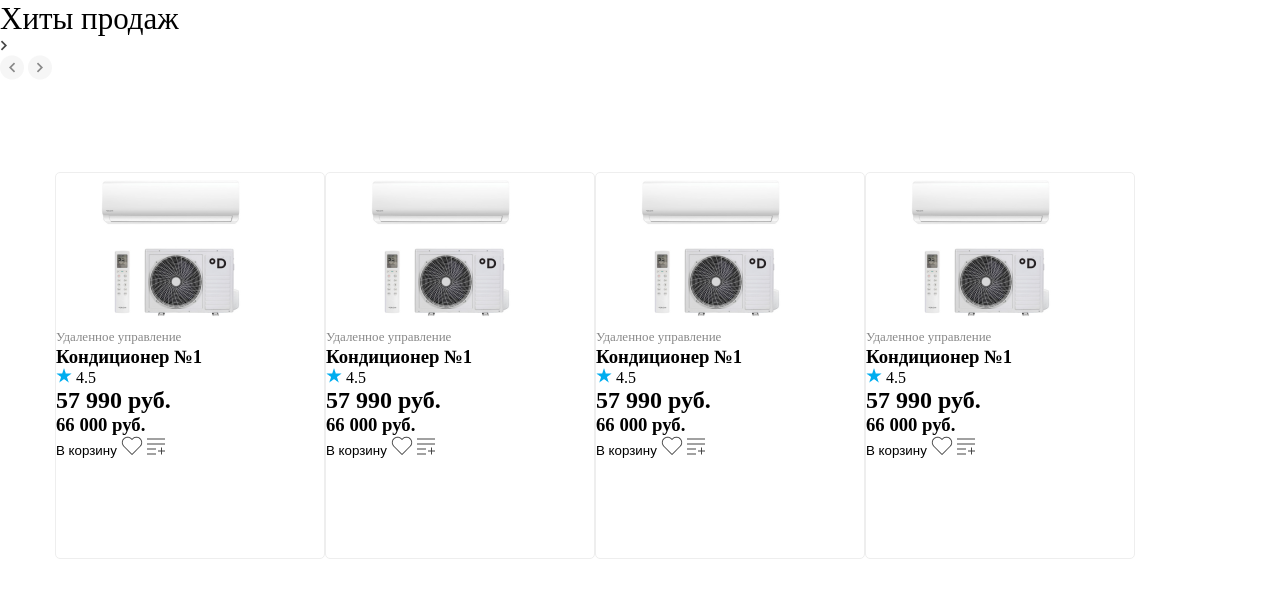
Repository: NikaMana/us
Page: index.html
The author's editor kept a copy of each file at every save. The page is drawn from the files as they stood at one save, then again after the next save.
The browser window is 1280 px wide. The pictures show the whole page.

Above is the page before, as saved 2021-09-15 15:26:55.

### index.html
<!DOCTYPE html>
<html lang="ru">
<head>
    <meta charset="utf-8">
    <title>Main page</title>
    <meta name="viewport" content="widht=1100, initial-scale=1.0">
    <link rel="stylesheet" href="./styles.css">


</head>
<body>
<div class="welcome">
  <div class="welcome__container">
    <div class="welcome__up">
      <div class="welcome__left">
        <h1 class="welcome__hits">Хиты продаж</h1>
        <img class="welcome__arr" src="/img/arrbl.png" alt="blackarrow">
      </div>
      <div class="welcome__right">
        <img class="welcome__arr-left" src="/img/arrleft.png" alt="arrowleft">
        <img class="welcome__arr-right" src="/img/arrright.png" alt="arrowright">
      </div>
    </div>
      <div class="welcome__block-container">
        <div class="welcome__block">
          <img class="welcome__pic" src="/img/pic1.png" alt="condition">
          <h4 class="welcome__control">Удаленное управление</h4>
          <h3 class="welcome__condition">Кондиционер №1</h3>
          <div class="welcome__rating">
            <img class="welcome__star" src="/img/Star.png" alt="star">
            <span class="welcome__score">4.5</span>
          </div>
          <div class="welcome__price">
            <h2 class="welcome__price-current">57 990 руб.</h2>
            <h3 class="welcome__price-current">66 000 руб.</h3>
          </div>
          <div class="welcome__adding">
            <button class="welcome__button">В корзину</button>
            <img class="welcome__like" src="/img/like.png" alt="like">
            <img class="welcome__plus" src="/img/add.png" alt="add">
          </div>
        </div>
        <div class="welcome__block">
          <img class="welcome__pic" src="/img/pic1.png" alt="condition">
          <h4 class="welcome__control">Удаленное управление</h4>
          <h3 class="welcome__condition">Кондиционер №1</h3>
          <div class="welcome__rating">
            <img class="welcome__star" src="/img/Star.png" alt="star">
            <span class="welcome__score">4.5</span>
          </div>
          <div class="welcome__price">
            <h2 class="welcome__price-current">57 990 руб.</h2>
            <h3 class="welcome__price-current">66 000 руб.</h3>
          </div>
          <div class="welcome__adding">
            <button class="welcome__button">В корзину</button>
            <img class="welcome__like" src="/img/like.png" alt="like">
            <img class="welcome__plus" src="/img/add.png" alt="add">
          </div>
        </div>
        <div class="welcome__block">
          <img class="welcome__pic" src="/img/pic1.png" alt="condition">
          <h4 class="welcome__control">Удаленное управление</h4>
          <h3 class="welcome__condition">Кондиционер №1</h3>
          <div class="welcome__rating">
            <img class="welcome__star" src="/img/Star.png" alt="star">
            <span class="welcome__score">4.5</span>
          </div>
          <div class="welcome__price">
            <h2 class="welcome__price-current">57 990 руб.</h2>
            <h3 class="welcome__price-current">66 000 руб.</h3>
          </div>
          <div class="welcome__adding">
            <button class="welcome__button">В корзину</button>
            <img class="welcome__like" src="/img/like.png" alt="like">
            <img class="welcome__plus" src="/img/add.png" alt="add">
          </div>
        </div>
        <div class="welcome__block">
          <img class="welcome__pic" src="/img/pic1.png" alt="condition">
          <h4 class="welcome__control">Удаленное управление</h4>
          <h3 class="welcome__condition">Кондиционер №1</h3>
          <div class="welcome__rating">
            <img class="welcome__star" src="/img/Star.png" alt="star">
            <span class="welcome__score">4.5</span>
          </div>
          <div class="welcome__price">
            <h2 class="welcome__price-current">57 990 руб.</h2>
            <h3 class="welcome__price-current">66 000 руб.</h3>
          </div>
          <div class="welcome__adding">
            <button class="welcome__button">В корзину</button>
            <img class="welcome__like" src="/img/like.png" alt="like">
            <img class="welcome__plus" src="/img/add.png" alt="add">
          </div>
        </div>
      </div>
  </div>
</div>
</body>

### styles.css
*{
  margin: 0;
  padding: 0;
  box-sizing: border-box;
}
button{
  border: none;
  background: no-repeat;
}
h1, h2,h3,h4,h5{
  font-family: none;
  font-size: none;
}
.welcome{
  position: absolute;
  width: 100%;
  height: 100%;
  z-index: 0;
}

.welcome__hits{
font-family: Gotham Pro;
font-size: 31px;
font-style: normal;
font-weight: 300;
line-height: 37px;
letter-spacing: 0em;
text-align: left;
}
.welcome__block-container{
  display: flex;
  flex-direction: row;
}
.welcome__block{
height: 387px;
width: 270px;
left: 55px;
top: 88px;
border-radius: 5px;
position: relative;
height: 387px;
left: 55px;
right: 955px;
top: 88px;
background: #FFFFFF;
border: 1px solid #EEEEEE;
box-sizing: border-box;
border-radius: 5px;
}
.welcome__pic{
height: 150px;
left: 20px;
right: 20px;
top: 20px;
}
.welcome__control{
  position: static;
width: 230px;
height: 19px;
left: 0px;
top: 0px;
font-family: Gotham Pro;
font-style: normal;
font-weight: normal;
font-size: 13px;
line-height: 19px;
color: #888888;
}

After the next save:
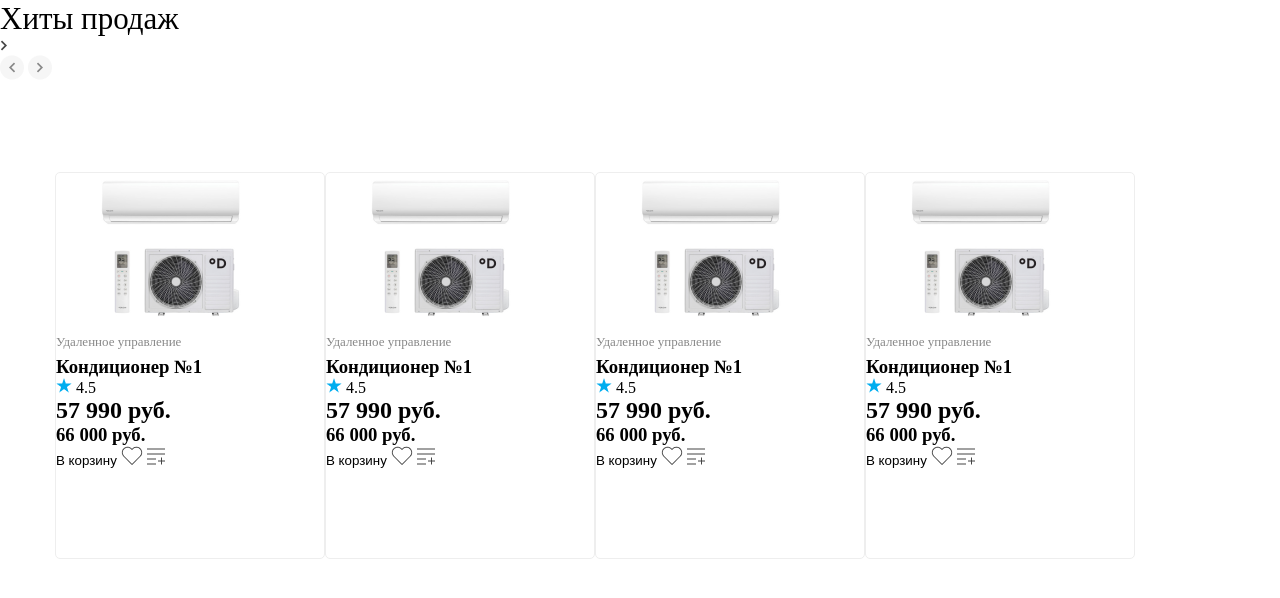
Saved 58 s later.
--- a/styles.css
+++ b/styles.css
@@ -65,4 +65,9 @@ font-weight: normal;
 font-size: 13px;
 line-height: 19px;
 color: #888888;
+flex: none;
+order: 0;
+align-self: stretch;
+flex-grow: 0;
+margin: 5px 0px;
 }
